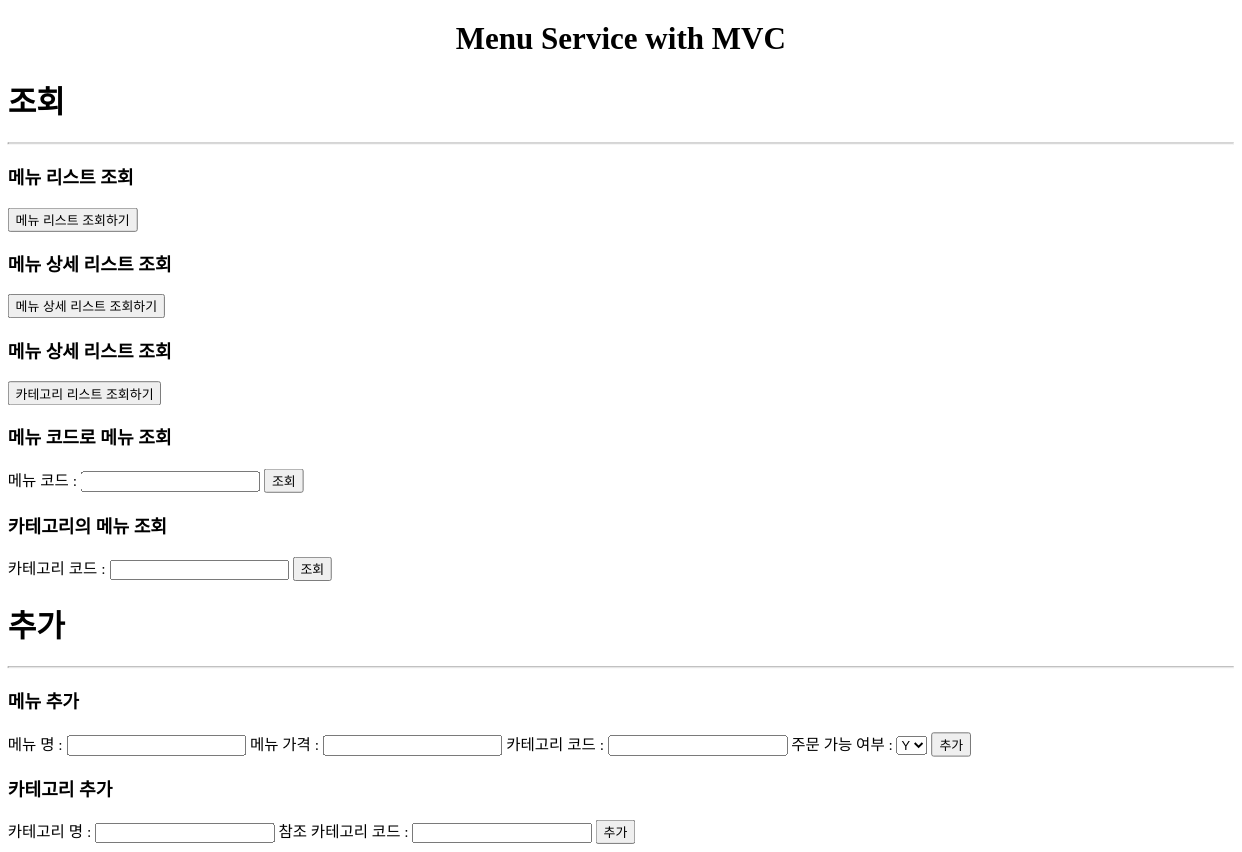
Repository: DaeyeonKim97/Menu-MVC
Page: http://localhost/menu-mvc-mybatis/
The author's editor kept a copy of each file at every save. The page is drawn from the files as they stood at one save, then again after the next save.
The browser window is 1280 px wide. The pictures show the whole page, at 97% of full size.
The page is served by Tomcat 9. Nobody is signed in. The application's start-up code is not run. Other server files are loaded and not shown.

Above is the page before, as saved 2022-08-13 08:57:31.

### menu-mvc-mybatis/src/main/webapp/index.jsp
<%@ page language="java" contentType="text/html; charset=UTF-8"
    pageEncoding="UTF-8"%>
<!DOCTYPE html>
<html>
<head>
<meta charset="UTF-8">
<title>Menu MVC</title>
</head>
<body>
	<jsp:include page="./WEB-INF/views/common/header.jsp"/>
	<h1>조회</h1>
	<hr>
	<h3>메뉴 리스트 조회</h3>
	<button onclick="location.href = '${pageContext.servletContext.contextPath}/list'">
		메뉴 리스트 조회하기
	</button>
	<h3>메뉴 상세 리스트 조회</h3>
	<button onclick="location.href = '${pageContext.servletContext.contextPath}/detail-list'">
		메뉴 상세 리스트 조회하기
	</button>
	<h3>메뉴 상세 리스트 조회</h3>
	<button onclick="location.href = '${pageContext.servletContext.contextPath}/category-list'">
		카테고리 리스트 조회하기
	</button>
	<h3>메뉴 코드로 메뉴 조회</h3>
	<form action="menuCode">
		<label>메뉴 코드 :</label>
		<input type="number" name="menuCode" id="menuCode"/>
		<button type="submit">조회</button>
	</form>
	<h3>카테고리의 메뉴 조회</h3>
	<form action="categoryCode">
		<label>카테고리 코드 : </label>
		<input type="number" name="categoryCode" id="categoryCode"/>
		<button type="submit">조회</button>
	</form>
	<h1>추가</h1>
	<hr>
	<h3>메뉴 추가</h3>
	<form action="insertMenu" method="post" style="{border : 1px solid black;'}">
		<label>메뉴 명 :</label>
		<input type="text" name="name"/>
		<label>메뉴 가격 :</label>
		<input type="number" name="price"/>
		<label>카테고리 코드 :</label>
		<input type="text" name="categoryCode"/>
		<label>주문 가능 여부 :</label>
		<select name="orderableStatus">
			<option value="Y" selected>Y</option>
			<option value="N">N</option>
		</select>

		<input type="submit" value="추가"/>
		</form>

		<h3>카테고리 추가</h3>
	<form action="insertCategory" method="post">
		<label>카테고리 명 :</label>
		<input type="text" name="name"/>
		<label>참조 카테고리 코드 :</label>
		<input type="number" name="refCode"/>
		<input type="submit" value="추가"/>
	</form>

</body>
</html>

### menu-mvc-mybatis/src/main/webapp/WEB-INF/views/common/header.jsp
<%@ page language="java" contentType="text/html; charset=UTF-8"
    pageEncoding="UTF-8"%>
<!DOCTYPE html>
<html>
<head>
<meta charset="UTF-8">
<title>Insert title here</title>
</head>
<body>
	<h1 align="center">Menu Service with MVC</h1>
</body>
</html>

After the next save:
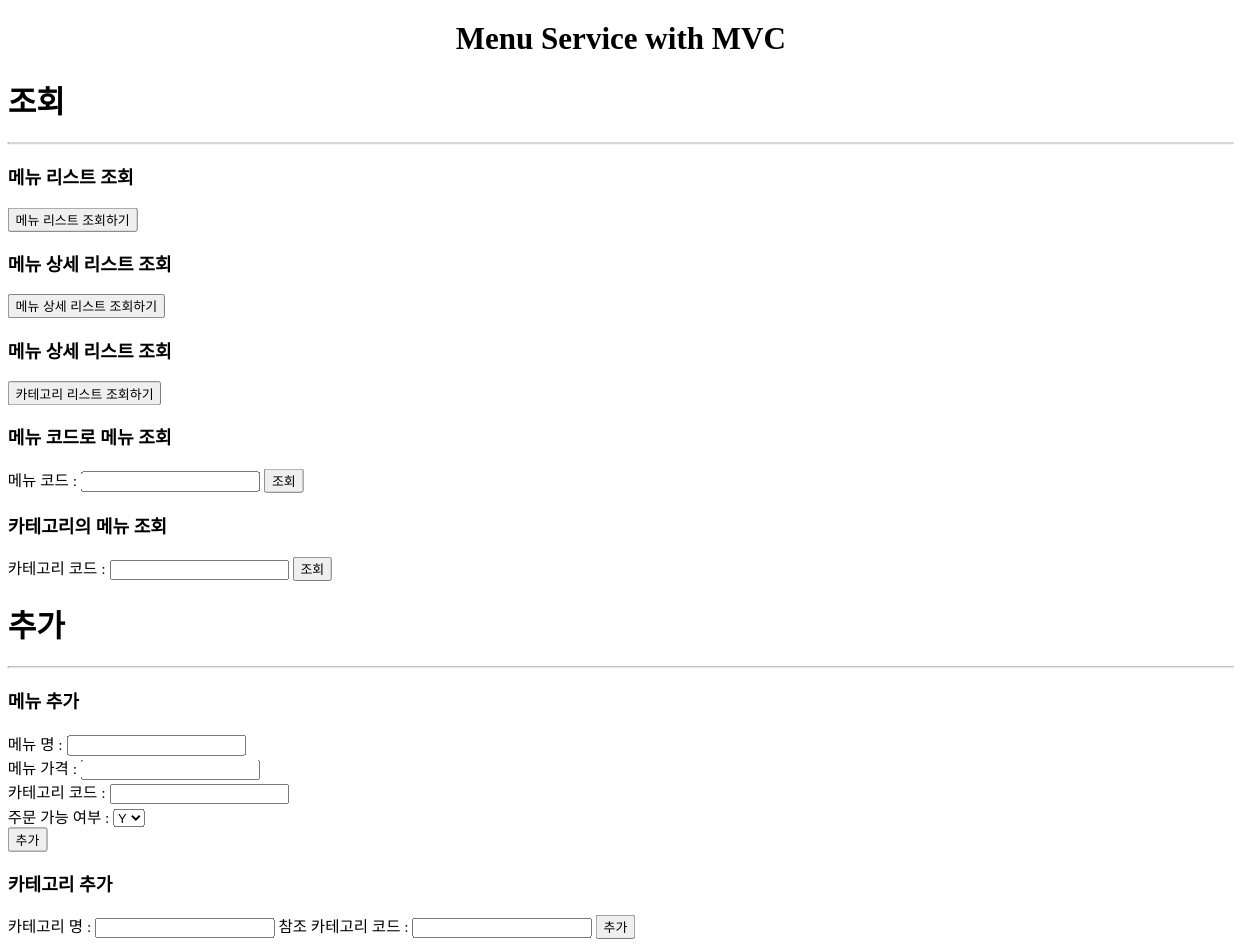
Saved 15 s later.
--- a/menu-mvc-mybatis/src/main/webapp/index.jsp
+++ b/menu-mvc-mybatis/src/main/webapp/index.jsp
@@ -40,17 +40,22 @@
 	<form action="insertMenu" method="post" style="{border : 1px solid black;'}">
 		<label>메뉴 명 :</label>
 		<input type="text" name="name"/>
+		<br>
 		<label>메뉴 가격 :</label>
 		<input type="number" name="price"/>
+		<br>
 		<label>카테고리 코드 :</label>
 		<input type="text" name="categoryCode"/>
+		<br>
 		<label>주문 가능 여부 :</label>
 		<select name="orderableStatus">
 			<option value="Y" selected>Y</option>
 			<option value="N">N</option>
 		</select>
+		<br>
 
 		<input type="submit" value="추가"/>
+		<br>
 		</form>
 
 		<h3>카테고리 추가</h3>
